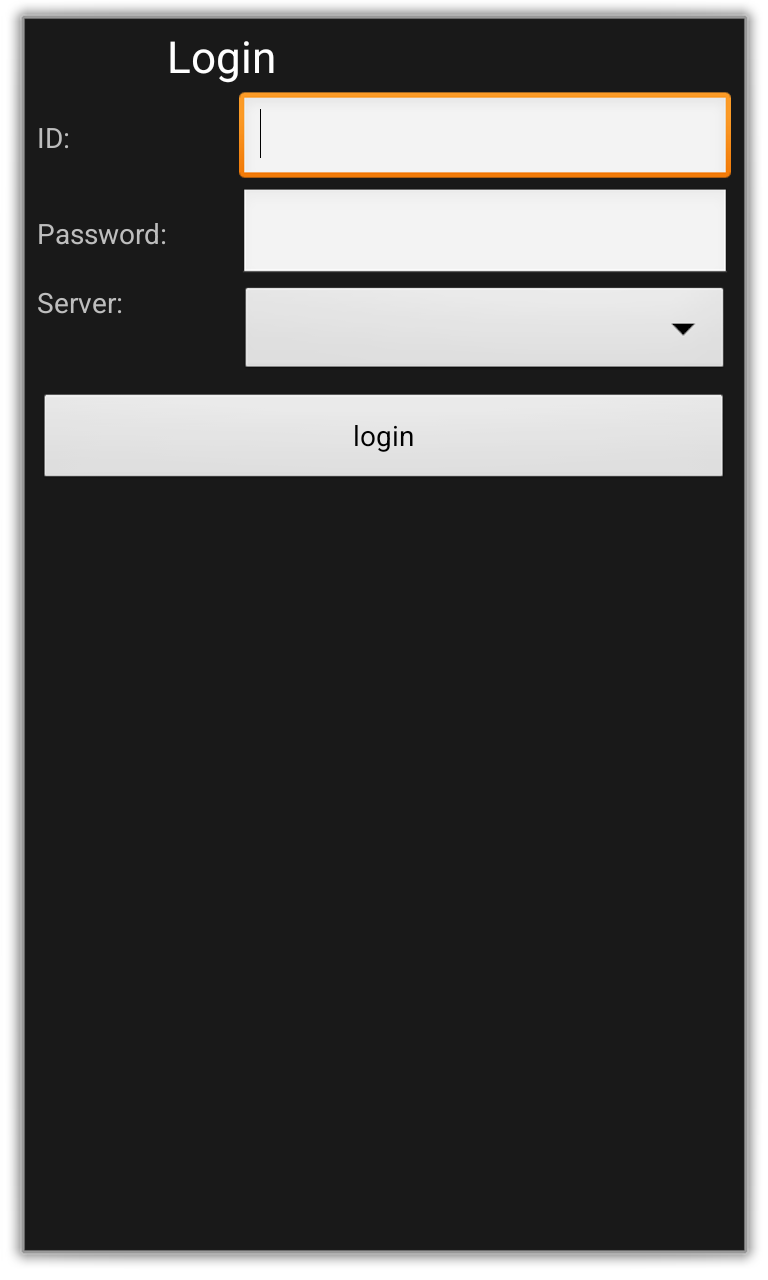
Repository: ShiroYacha/AtosDrivieTalkie
Layout: Codes/DrivieTalkiePrototype/res/layout/login.xml
An editor plug-in stored every save of this project. The layout is shown before and after the next save, followed by the edit.
It is drawn on a 768 x 1280 px phone screen (xhdpi) without system bars, with theme android:Theme.Dialog; the app's code is not run.

Above is the layout before, as saved 2013-04-14 14:04:22.

After the next save:
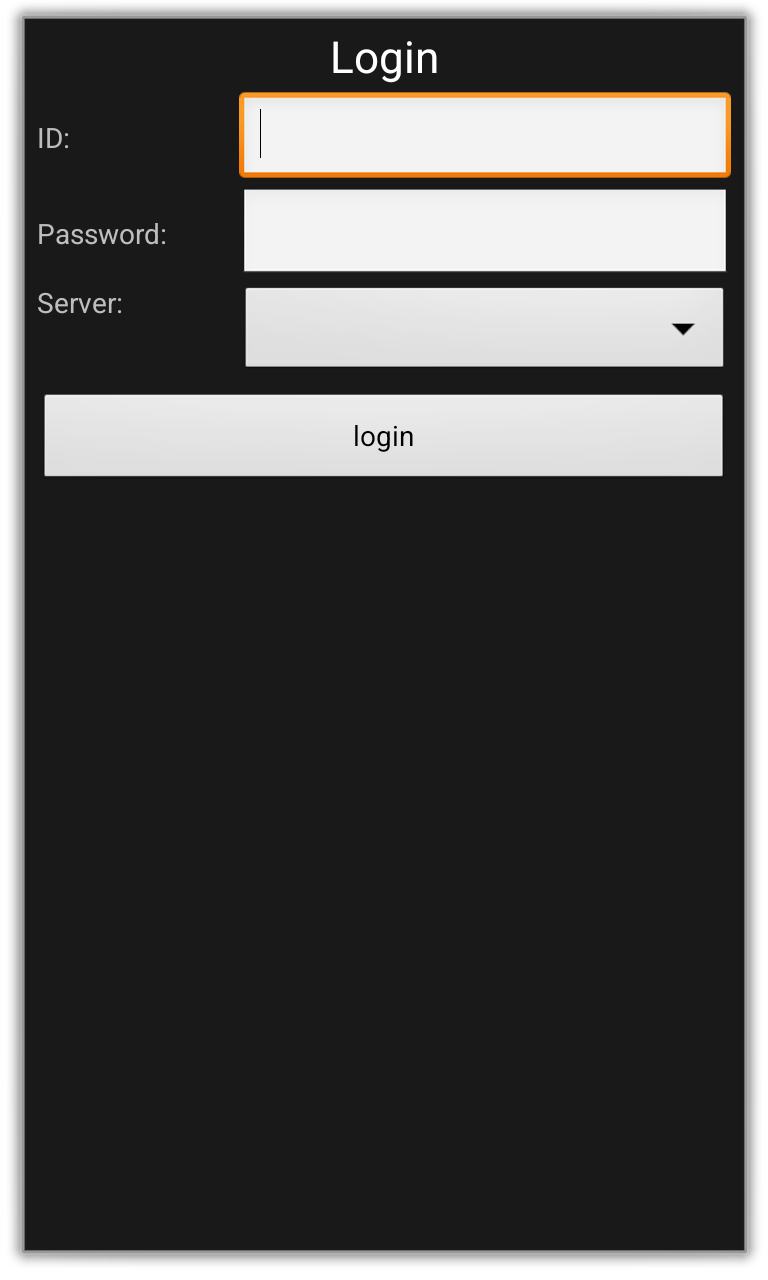
Saved 42 s later.
--- a/Codes/DrivieTalkiePrototype/res/layout/login.xml
+++ b/Codes/DrivieTalkiePrototype/res/layout/login.xml
@@ -7,10 +7,10 @@
 
     <TextView
         android:id="@+id/textView4"
-        android:layout_width="190dp"
+        android:layout_width="match_parent"
         android:layout_height="wrap_content"
+        android:gravity="center"
         android:text="Login"
-        android:gravity="center"
         android:textAppearance="?android:attr/textAppearanceLarge" />
 
     <TableLayout
